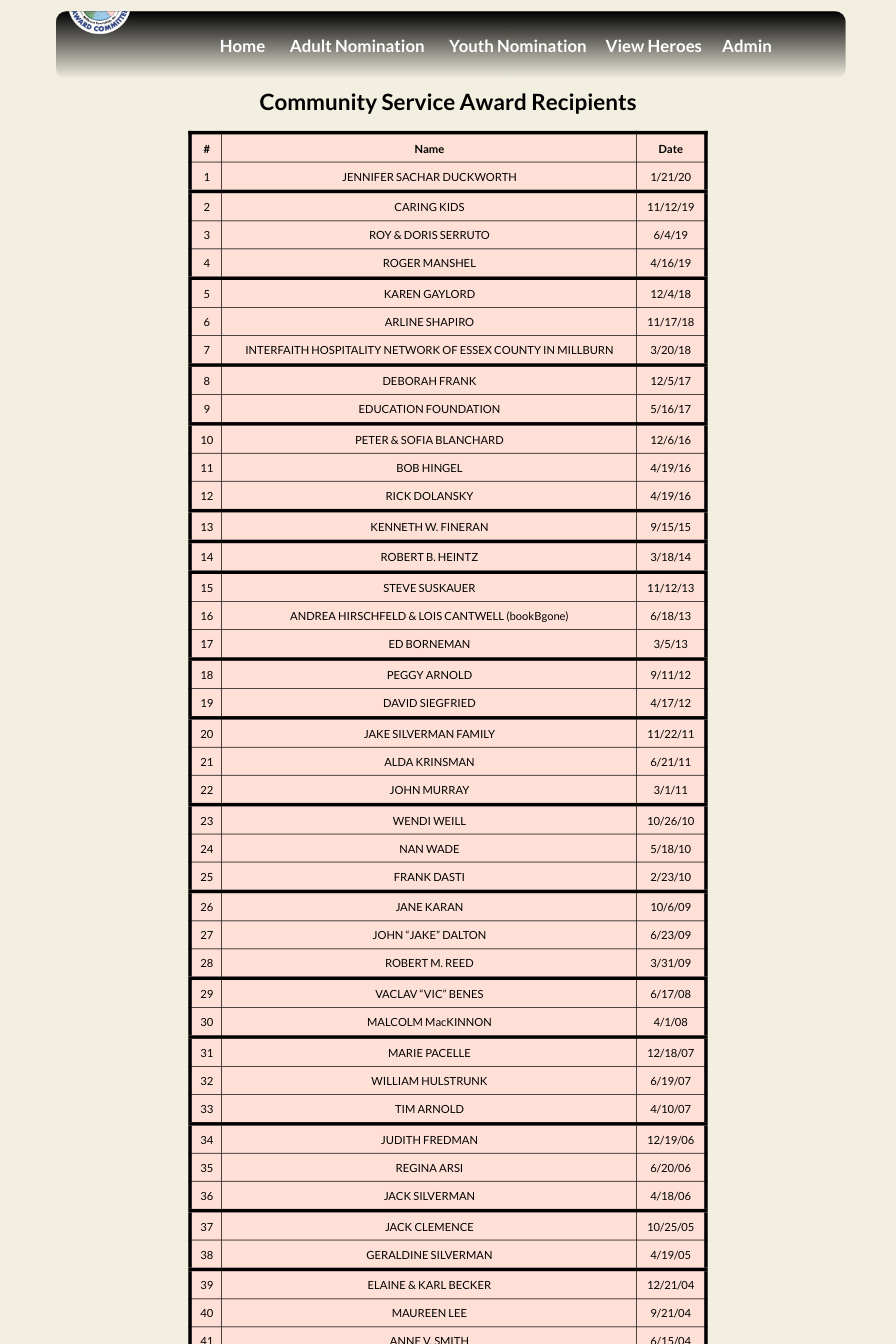
Repository: Centrattic/Young-Heroes-Website
Page: http://localhost/Frontend/before2020.php
These files come from the project's save history. The page is drawn as it stood at one moment and after the next save; the edit follows.
The browser window is 1280 px wide. The pictures show the part of the page from y = 0 to 1920 px (the page is 3754 px tall before and 3810 px after), at 70% of full size.
The page is run by PHP 8.4 with error messages shown; the project is at /var/www/html/.

Above is the page before, as saved 2020-12-21 14:24:36.

After the next save:
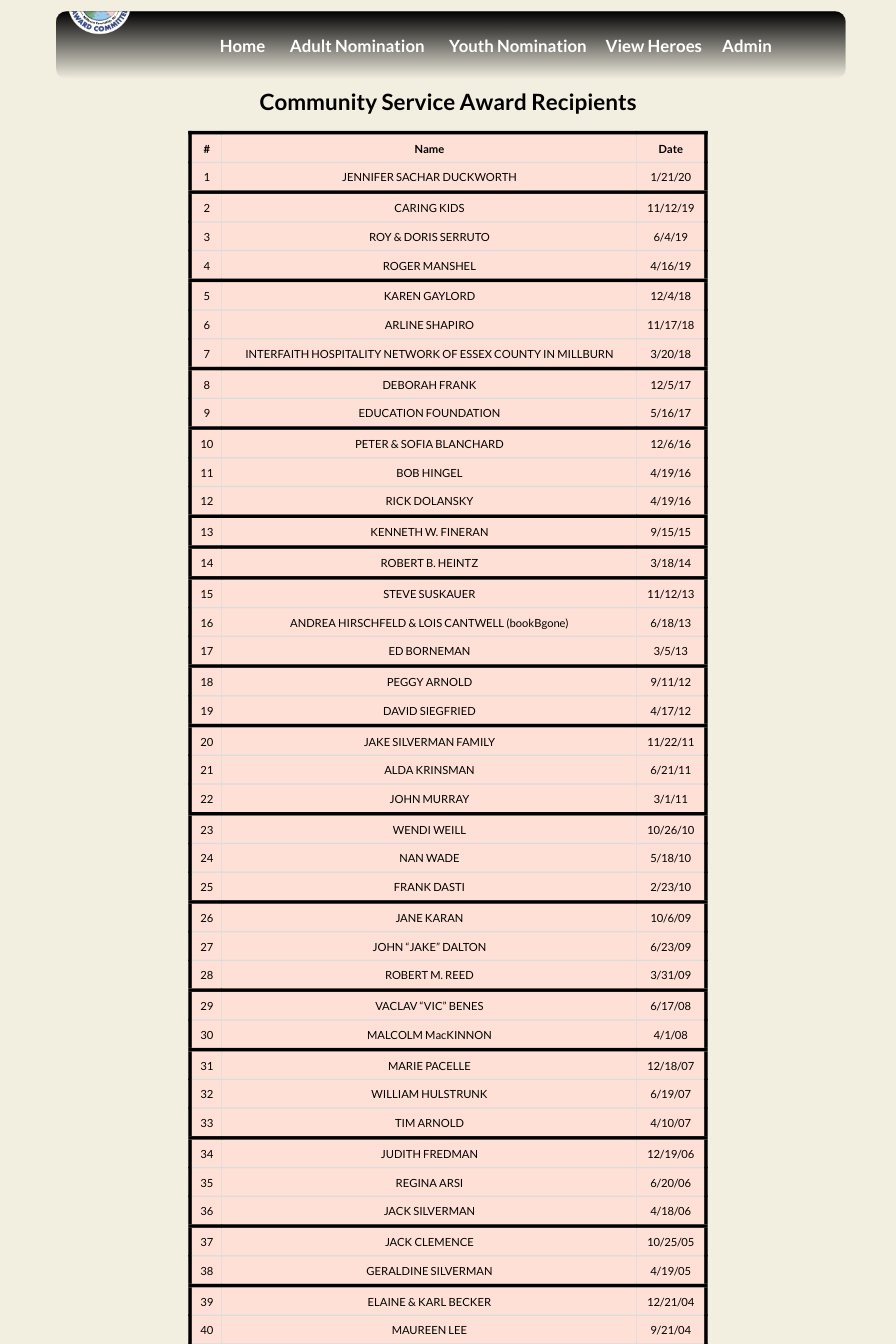
Saved 6 s later.
--- a/Eagle Project/Frontend/before2020.php
+++ b/Eagle Project/Frontend/before2020.php
@@ -41,7 +41,7 @@ require '../Backend/dbhconnect.php';
         }*/
 
         tr {
-            border: 2px solid ##DCDCDC	;
+            border: 2px solid #DCDCDC;
         }
 
         .last-of-year {
